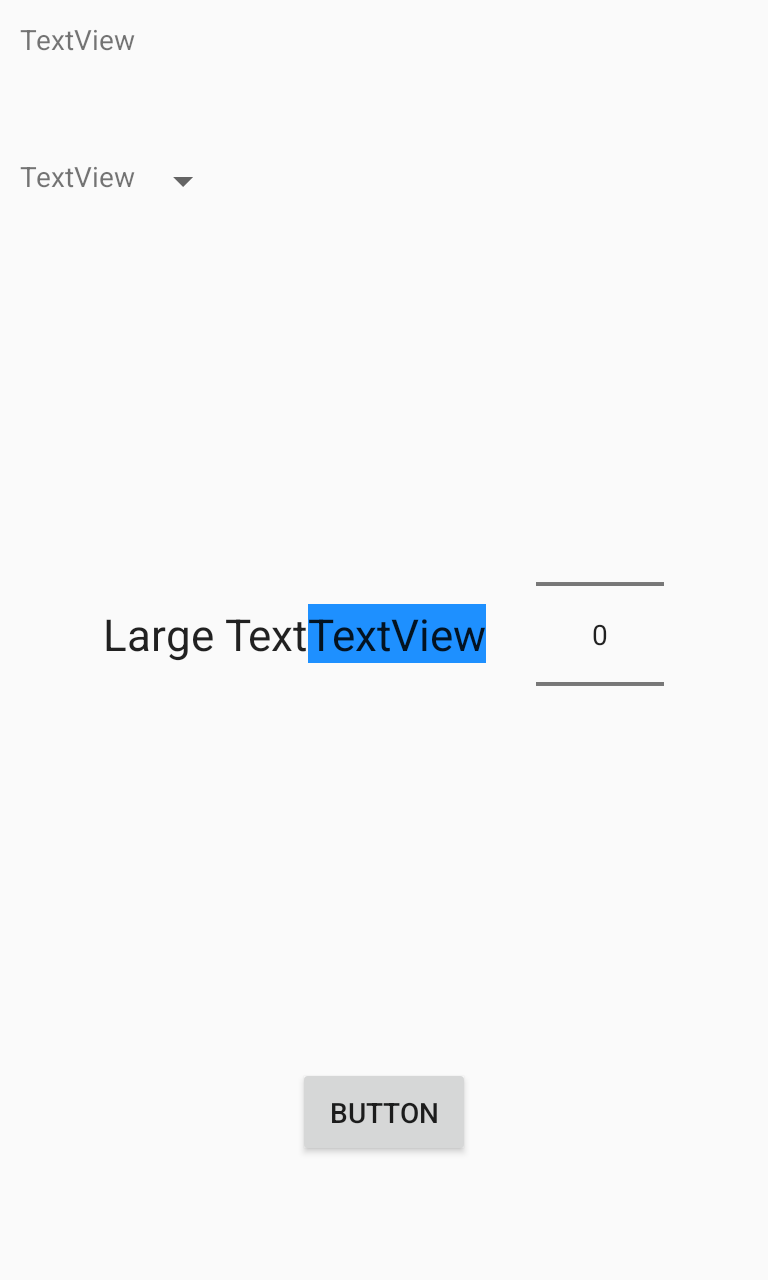
Repository: mimimy/MassagePro
Layout: BLE-Version/MassageTool/res/layout/base_pager.xml
An editor plug-in stored every save of this project. The layout is shown before and after the next save, followed by the edit.
It is drawn on a 768 x 1280 px phone screen (xhdpi) without system bars, with theme AppTheme; the app's code is not run.

Above is the layout before, as saved 2018-07-29 00:51:11.

After the next save:
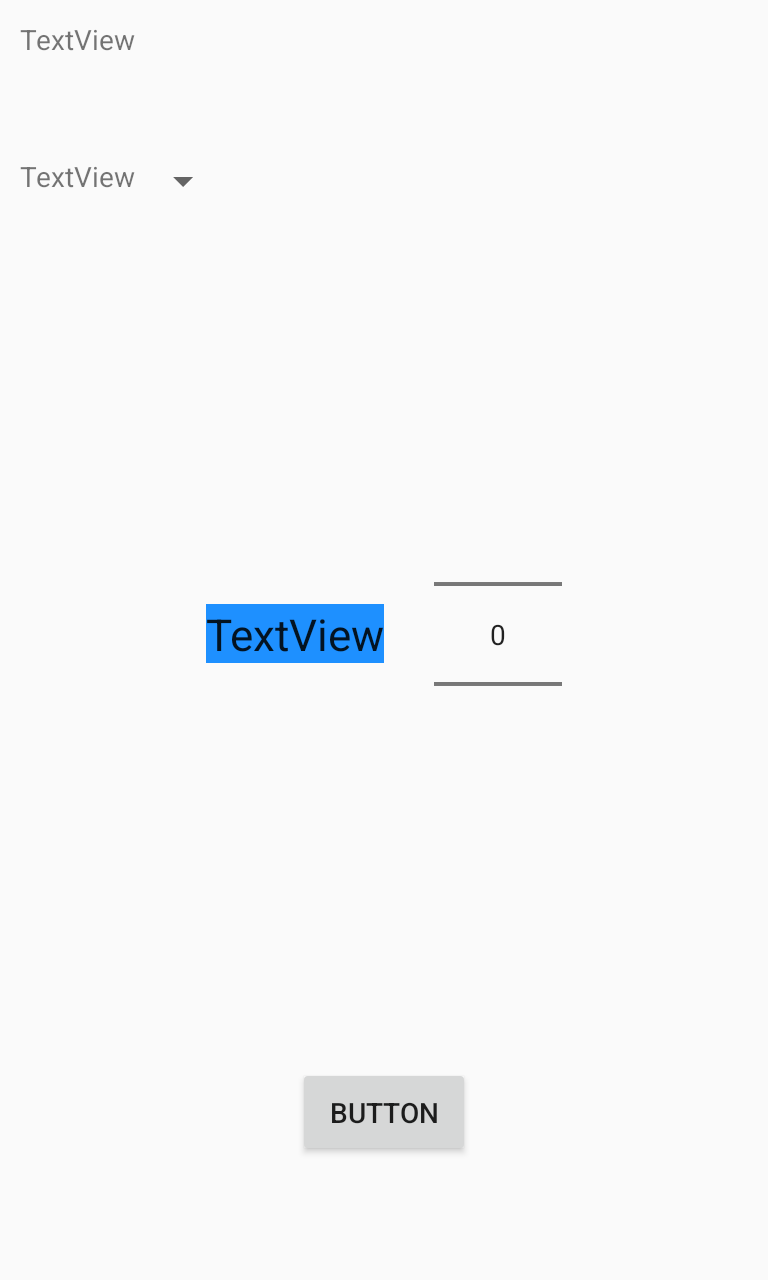
Saved 6 s later.
--- a/BLE-Version/MassageTool/res/layout/base_pager.xml
+++ b/BLE-Version/MassageTool/res/layout/base_pager.xml
@@ -36,12 +36,6 @@
         android:gravity="center"
         android:layout_weight="3">
 
-        <TextView
-            android:id="@+id/textView4"
-            android:layout_width="wrap_content"
-            android:layout_height="wrap_content"
-            android:text="Large Text"
-            android:textAppearance="?android:attr/textAppearanceLarge" />
 
         <TextView
             android:id="@+id/textView3"
